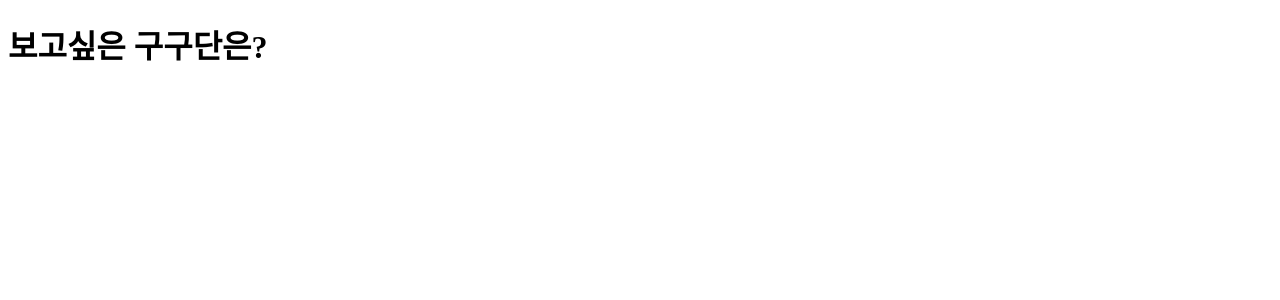
Repository: SongHyeSun/JSP
Page: jspSrc17/och02/src/main/webapp/gugu.html
The author's editor kept a copy of each file at every save. The page is drawn from the files as they stood at one save, then again after the next save.
The browser window is 1280 px wide. The pictures show the whole page.

Above is the page before, as saved 2024-07-09 03:19:38.

### jspSrc17/och02/src/main/webapp/gugu.html
<!DOCTYPE html>
<html>
<head>
<meta charset="UTF-8">
<title>Insert title here</title>
</head>
<body>
	<h1>보고싶은 구구단은?</h1>

</body>
</html>

After the next save:
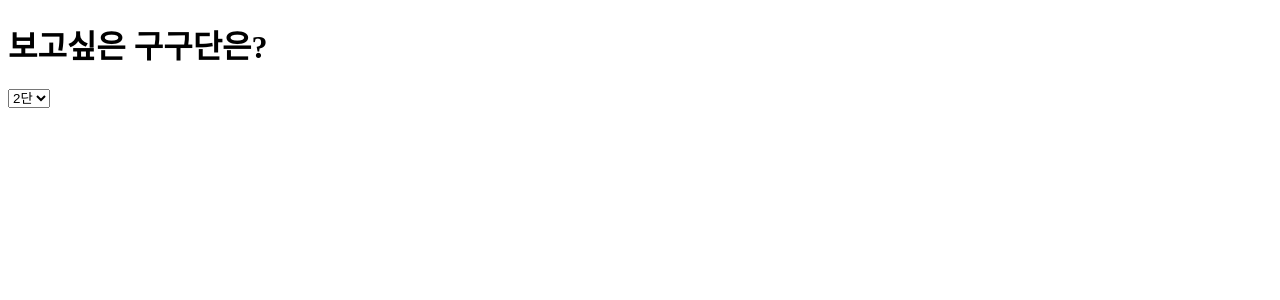
Saved 4 min 7 s later.
--- a/jspSrc17/och02/src/main/webapp/gugu.html
+++ b/jspSrc17/och02/src/main/webapp/gugu.html
@@ -6,6 +6,17 @@
 </head>
 <body>
 	<h1>보고싶은 구구단은?</h1>
-
+	<form action="Gugu">
+		<select name="gugu">
+			<option name="gugu" value="2">2단</option>
+			<option name="gugu" value="3">3단</option>
+			<option name="gugu" value="4">4단</option>
+			<option name="gugu" value="5">5단</option>
+			<option name="gugu" value="6">6단</option>
+			<option name="gugu" value="7">7단</option>
+			<option name="gugu" value="8">8단</option>
+			<option name="gugu" value="9">9단</option>
+		</select>
+	</form>
 </body>
 </html>
